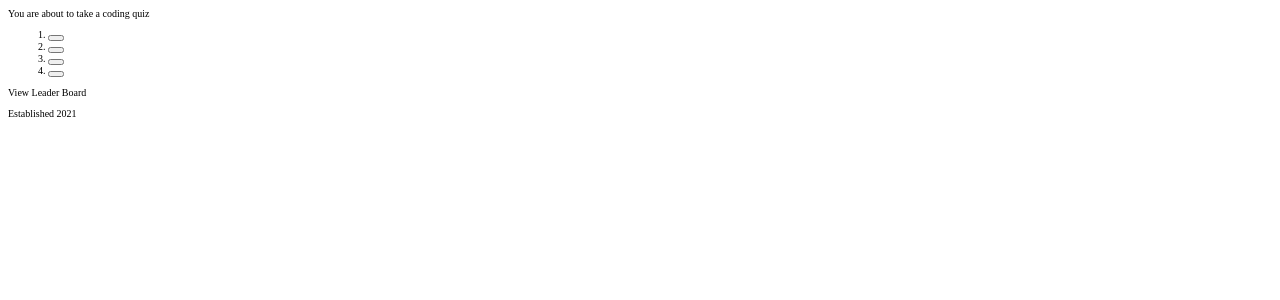
Repository: stuart-rickard/coding-quiz
Page: index.html
An editor plug-in stored every save of this project. The page is shown before and after the next save, followed by the edit.
The browser window is 1280 px wide. The pictures show the whole page.

Above is the page before, as saved 2021-11-22 20:05:43.

### index.html
<!DOCTYPE html>
<html lang="en">

<head>
  <meta charset="UTF-8">
  <meta name="viewport" content="width=device-width, initial-scale=1.0">
  <meta http-equiv="X-UA-Compatible" content="ie=edge">
  <title>Coding Quiz</title>
  <link rel="stylesheet" href="./assets/css/style.css">
</head>

<body>
  <main>
    <div class="preamble">
      You are about to take a coding quiz
    </div>
    <div class="quiz-question-answerform">
      <div class="question">

      </div>
      <form class="answer-form">
        <ol>
          <li class="answer-li">
            <button id="#answer-a"></button>
          </li>
          <li class="answer-li">
            <button id="#answer-b"></button>
          </li>
          <li class="answer-li">
            <button id="#answer-c"></button>
          </li>
          <li class="answer-li">
            <button id="#answer-d"></button>
          </li>
        </ol>
      </form>
    </div>
  </main>


  <footer>
    <p>View Leader Board</p>
    <p>Established 2021</p>
  </footer>

  <script src="./assets/js/script.js"></script>
</body>

</html>

### assets/css/style.css
* {
    box-sizing: border-box;
  }

  :root {
    --primary: #44e9ff;
    --secondary: #497980;
    --tertiary: rgb(192, 246, 253);
    --grey: #333;
    font-size: 62.5%;
  }

### assets/js/script.js
var taskIdCounter = 0;

After the next save:
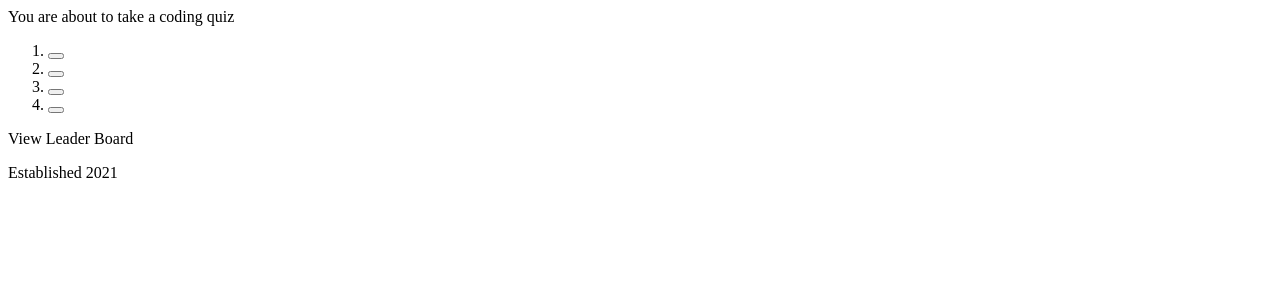
Saved 62 s later.
--- a/assets/css/style.css
+++ b/assets/css/style.css
@@ -7,5 +7,4 @@
     --secondary: #497980;
     --tertiary: rgb(192, 246, 253);
     --grey: #333;
-    font-size: 62.5%;
   }
